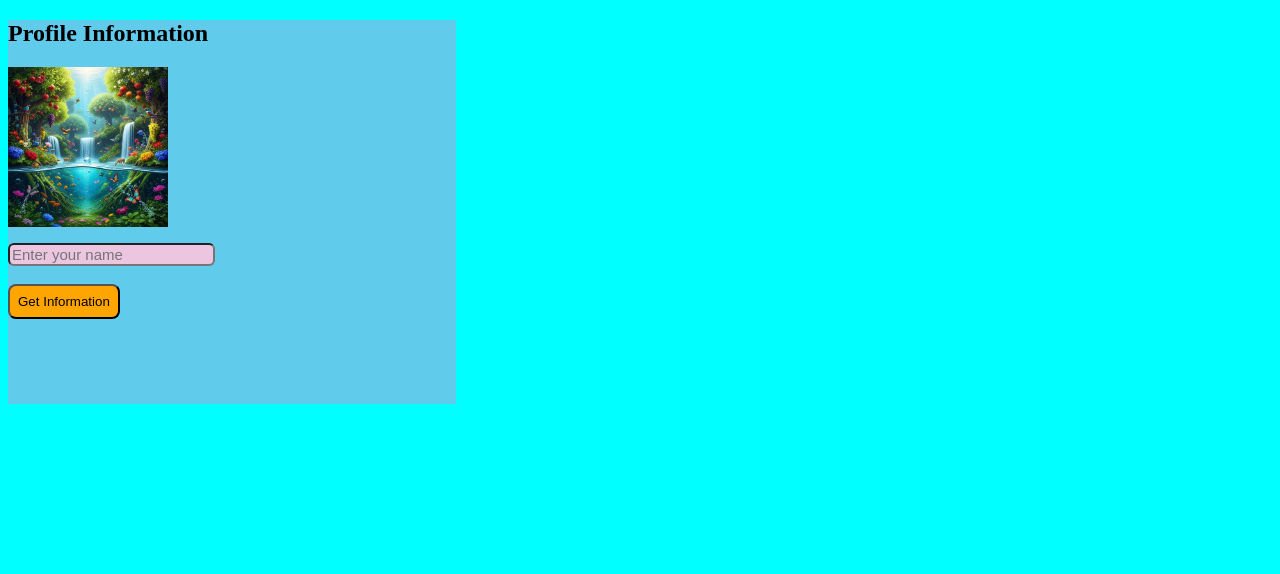
Repository: Amani-Kibet/express-app-web
Page: pages/contents/profile.html
An editor plug-in stored every save of this project. The page is shown before and after the next save, followed by the edit.
The browser window is 1280 px wide. The pictures show the whole page.

Above is the page before, as saved 2025-09-28 16:43:00.

### pages/contents/profile.html
<!DOCTYPE html>
<head>
    <title>Profile Page</title>
    <style>
        body{
            background-color: cyan;
        }
        #container{
            background-color: rgb(97, 203, 235);
            height: 24rem;
            width: 28rem
        }
        #image{
            background: url(/pictures/profilePic.jpg);
            background-size: cover;
            width: 10rem;
            height: 10rem;
        }
        .labels{
            color: rgb(170, 10, 10);
            font-size: 18px;
            margin-top: 1rem;
            border-radius: 6px;

        }
        #btn1{
            background-color: orange;
            padding: 8px;
            border-radius: 8px;
        }
    </style>
</head>
<body>
    <div id="container">
        <h2>Profile Information</h2>
        <div id="image"></div>
        <input type="text" id="nameT" class="labels" placeholder="Enter your name" style="font-size: 15px; background: #ecc5e1; color: rgb(0, 38, 255)">
        <p id="phoneT" class="labels"></p>
        <p id="passT" class="labels"></p>
        <button id="btn1" onclick="getInfo()">Get Information</button>
    </div>
</body>
<script>
let phoneV= document.getElementById("phoneV");
let passV= document.getElementById("passV");

function getInfo(){
let nameT= document.getElementById("nameT").value;
fetch("/path3", {
    method: "POST",
    headers: {"Content-Type": "application/json"},
    body: JSON.stringify({name: `${nameT}`})
})
.then(type=> type.json())
.then(data=>{
    let info= data.arr[0]
    phoneT.innerHTML="Phone Number: ";
    passT.innerHTML="Password: ";
    phoneT.innerHTML+= `  ${info.phone}`;
    passT.innerHTML+= `  ${info.password}`;
})
}
</script>
</html>

After the next save:
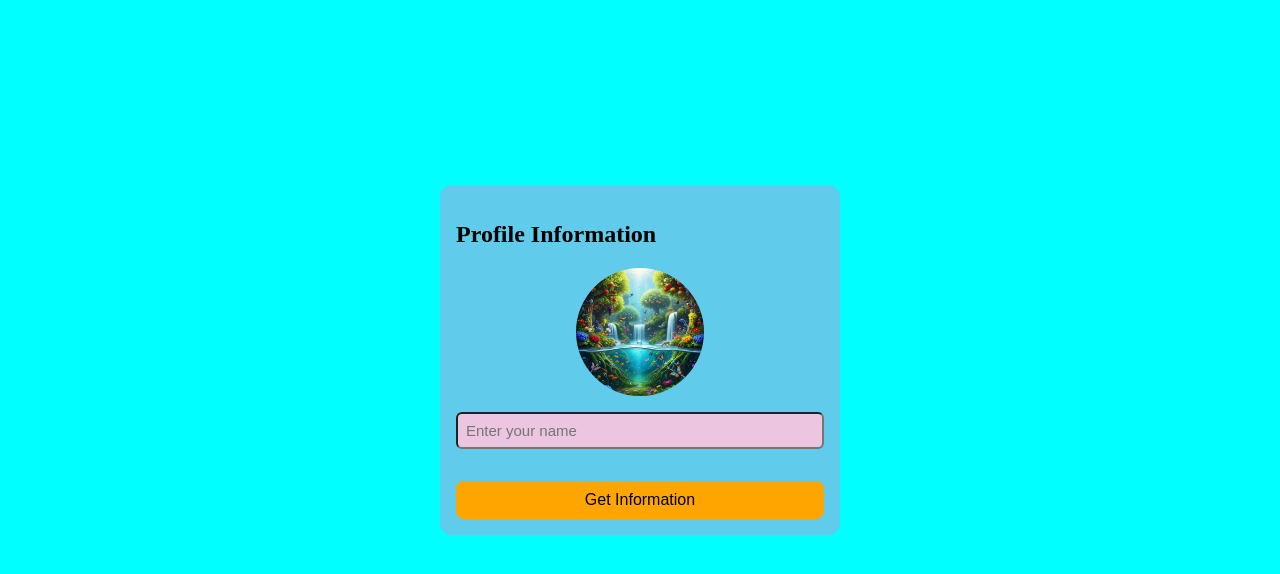
Saved 44 s later.
--- a/pages/contents/profile.html
+++ b/pages/contents/profile.html
@@ -1,32 +1,58 @@
 <!DOCTYPE html>
 <head>
     <title>Profile Page</title>
+    <meta name="viewport" content="width=device-width, initial-scale=1.0">
     <style>
         body{
             background-color: cyan;
+            margin: 0;
+            padding: 0;
+            display: flex;
+            justify-content: center;
+            align-items: center;
+            min-height: 100vh;
         }
         #container{
             background-color: rgb(97, 203, 235);
-            height: 24rem;
-            width: 28rem
+            height: auto; /* allow content to expand */
+            width: 90%;   /* responsive width */
+            max-width: 400px; /* don’t grow too big */
+            padding: 1rem;
+            border-radius: 12px;
+            box-sizing: border-box;
         }
         #image{
             background: url(/pictures/profilePic.jpg);
             background-size: cover;
-            width: 10rem;
-            height: 10rem;
+            background-position: center;
+            width: 8rem;
+            height: 8rem;
+            border-radius: 50%;
+            margin: 0 auto 1rem;
         }
         .labels{
             color: rgb(170, 10, 10);
-            font-size: 18px;
-            margin-top: 1rem;
+            font-size: 16px;
+            margin-top: 0.8rem;
             border-radius: 6px;
-
+            display: block;
+            width: 100%;
+            box-sizing: border-box;
+        }
+        #nameT{
+            font-size: 15px;
+            background: #ecc5e1;
+            color: rgb(0, 38, 255);
+            padding: 0.5rem;
         }
         #btn1{
             background-color: orange;
-            padding: 8px;
+            padding: 10px;
             border-radius: 8px;
+            margin-top: 1rem;
+            width: 100%;
+            border: none;
+            font-size: 16px;
         }
     </style>
 </head>
@@ -34,31 +60,26 @@
     <div id="container">
         <h2>Profile Information</h2>
         <div id="image"></div>
-        <input type="text" id="nameT" class="labels" placeholder="Enter your name" style="font-size: 15px; background: #ecc5e1; color: rgb(0, 38, 255)">
+        <input type="text" id="nameT" class="labels" placeholder="Enter your name">
         <p id="phoneT" class="labels"></p>
         <p id="passT" class="labels"></p>
         <button id="btn1" onclick="getInfo()">Get Information</button>
     </div>
 </body>
 <script>
-let phoneV= document.getElementById("phoneV");
-let passV= document.getElementById("passV");
-
 function getInfo(){
-let nameT= document.getElementById("nameT").value;
-fetch("/path3", {
-    method: "POST",
-    headers: {"Content-Type": "application/json"},
-    body: JSON.stringify({name: `${nameT}`})
-})
-.then(type=> type.json())
-.then(data=>{
-    let info= data.arr[0]
-    phoneT.innerHTML="Phone Number: ";
-    passT.innerHTML="Password: ";
-    phoneT.innerHTML+= `  ${info.phone}`;
-    passT.innerHTML+= `  ${info.password}`;
-})
+    let nameT= document.getElementById("nameT").value;
+    fetch("/path3", {
+        method: "POST",
+        headers: {"Content-Type": "application/json"},
+        body: JSON.stringify({name: `${nameT}`})
+    })
+    .then(type=> type.json())
+    .then(data=>{
+        let info= data.arr[0]
+        phoneT.innerHTML="Phone Number: " + info.phone;
+        passT.innerHTML="Password: " + info.password;
+    })
 }
 </script>
 </html>
